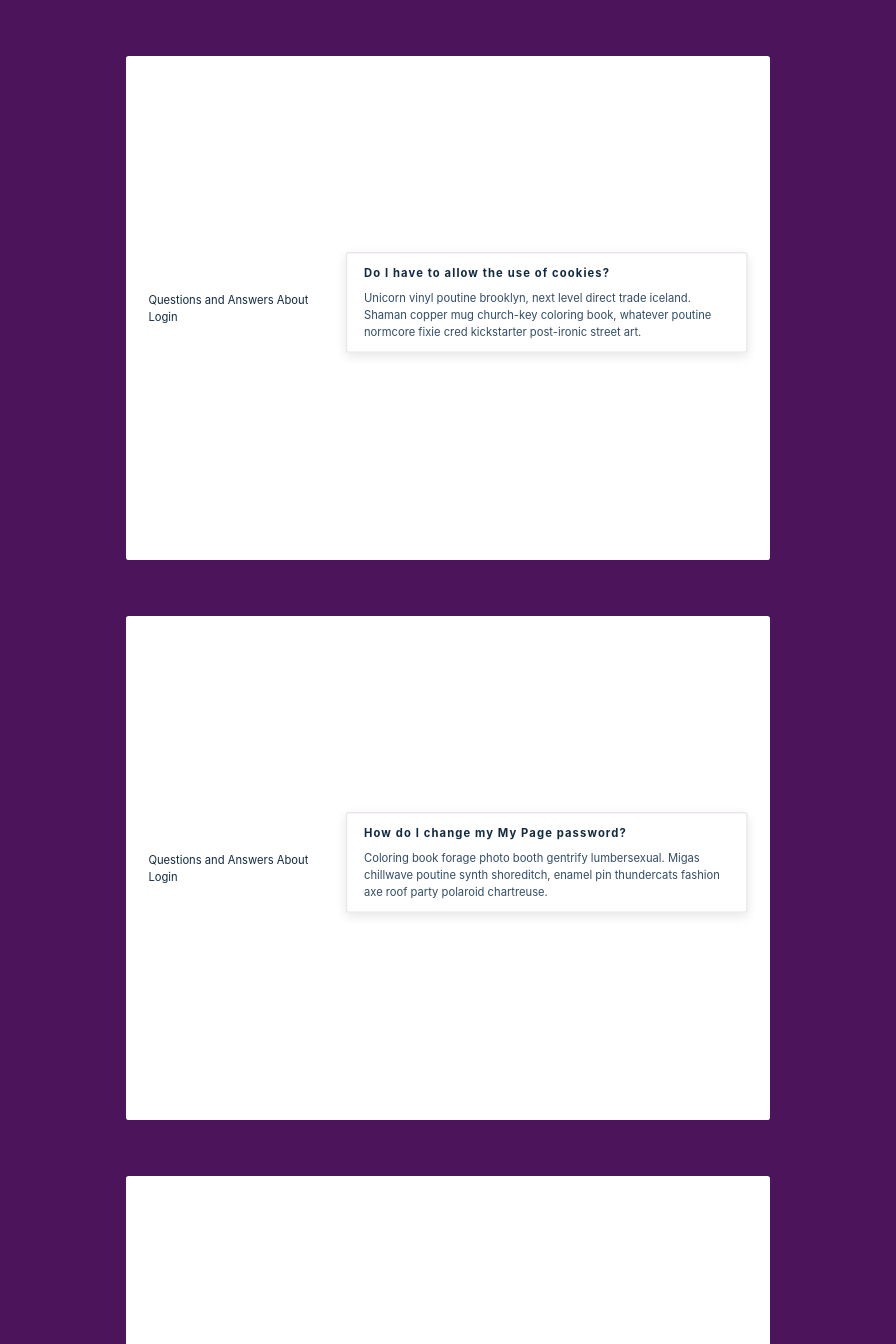
Repository: Reghanoid/Accordion
Page: /
The author's editor kept a copy of each file at every save. The page is drawn from the files as they stood at one save, then again after the next save.
The browser window is 1280 px wide. The pictures show the part of the page from y = 0 to 1920 px (the page is 4080 px tall), at 70% of full size.
The project was rebuilt for these pictures with package versions that can differ from the ones it lists, and the page was loaded fresh each time.

Above is the page before, as saved 2022-06-06 14:58:25.

After the next save:
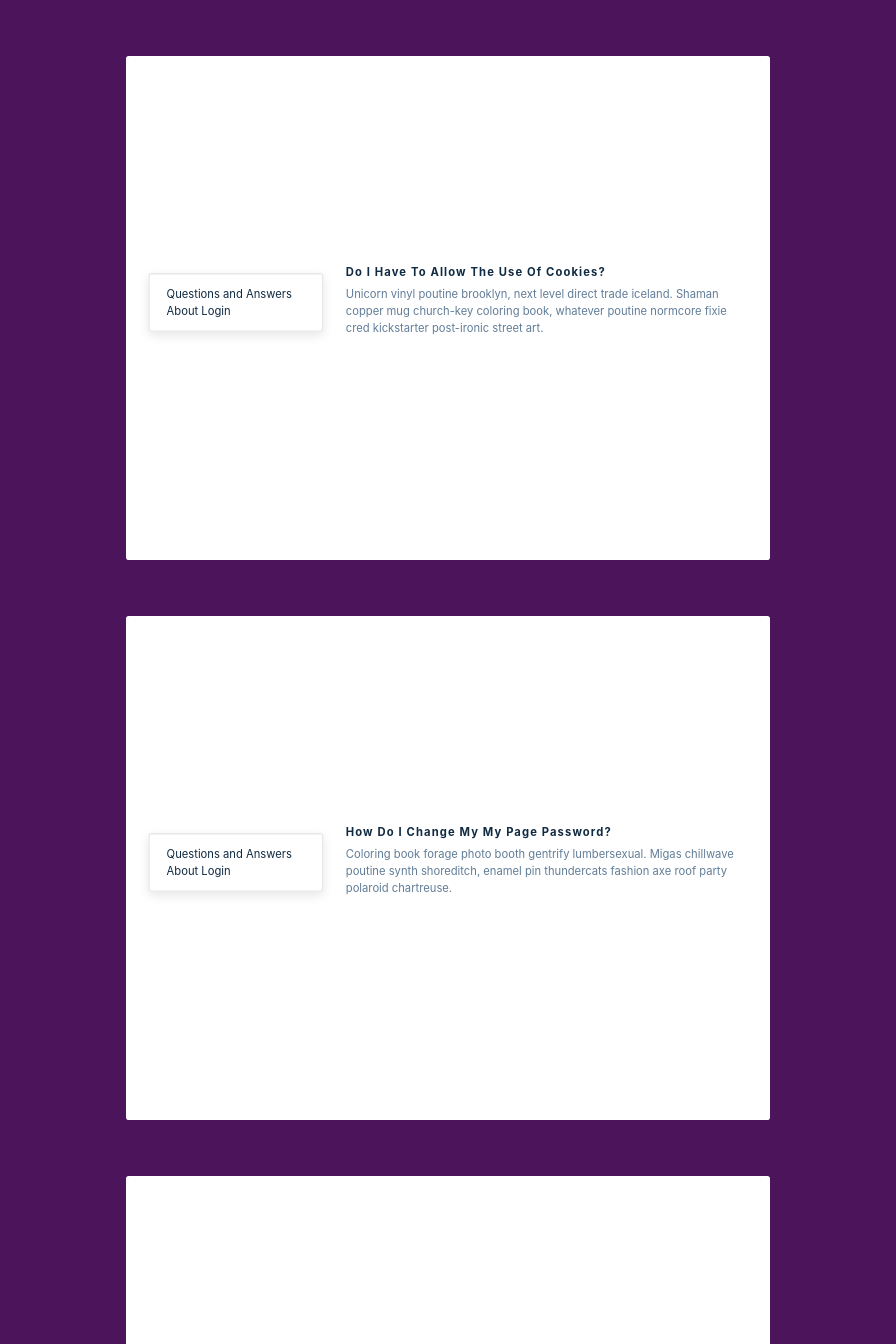
Saved 11 s later.
--- a/src/Question.js
+++ b/src/Question.js
@@ -3,8 +3,8 @@ import { AiOutlineMinus, AiOutlinePlus } from 'react-icons/ai'
 const Question = (props) => {
   return (
     <main className='container'>
-      <header>Questions and Answers About Login</header>
-      <div className='question'>
+      <header className='question'>Questions and Answers About Login</header>
+      <div>
         <h4> {props.title} </h4>
         <p> {props.info} </p>
       </div>
